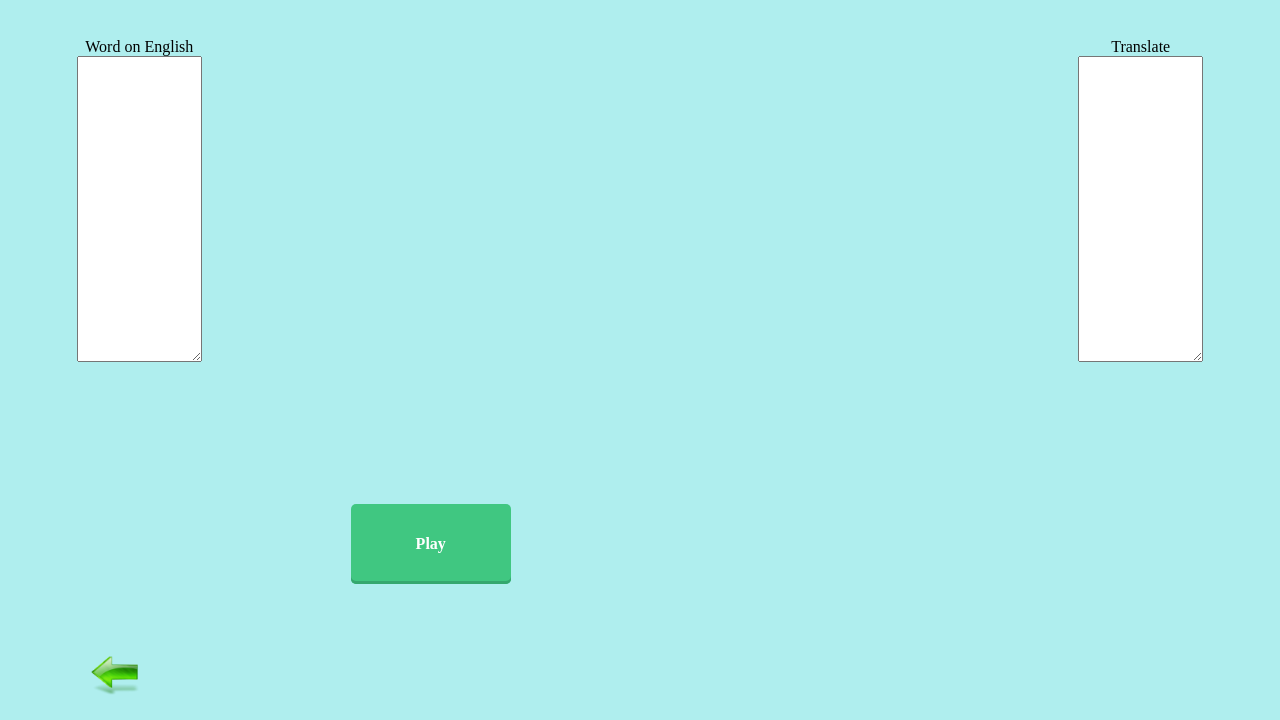
Repository: Artem-Brunov/msu_prac
Page: workspace/BasicUI/FastPlay.html
The author's editor kept a copy of each file at every save. The page is drawn from the files as they stood at one save, then again after the next save.
The browser window is 1280 px wide. The pictures show the whole page.
Some web libraries are served in a nearby version.

Above is the page before, as saved 2017-11-20 17:40:13.

After the next save:
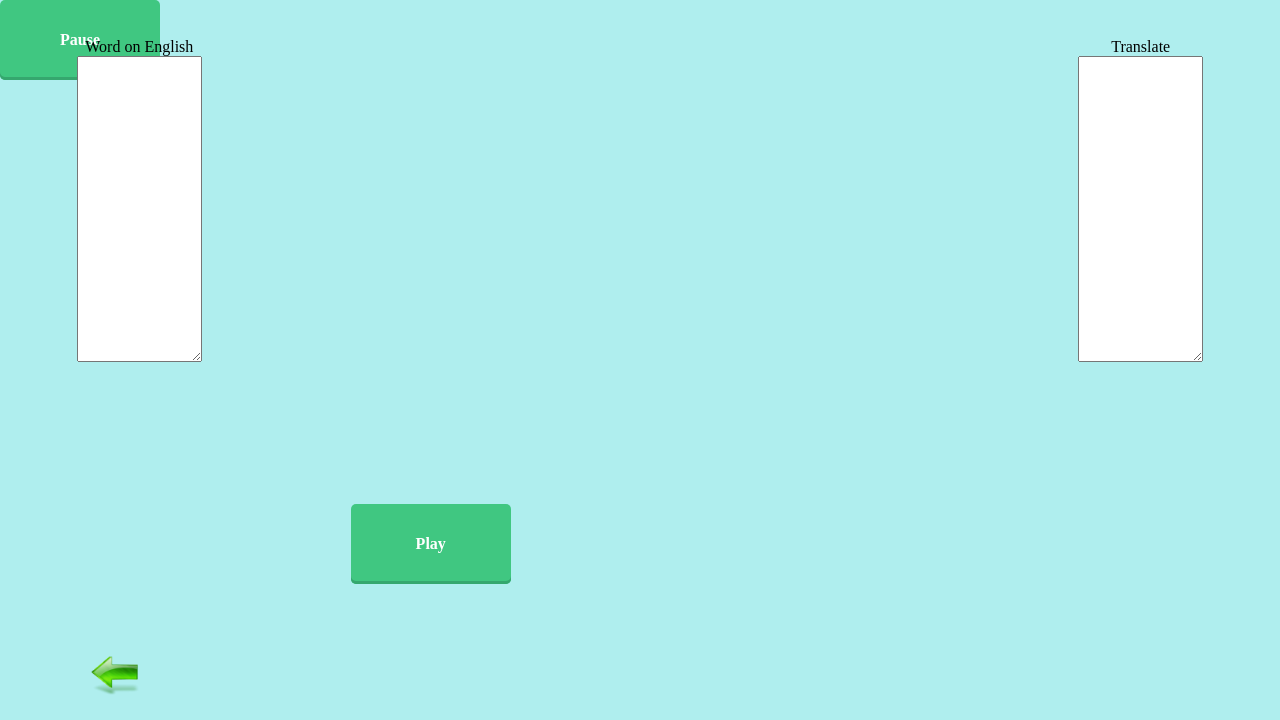
Saved 6 h 14 min later.
--- a/workspace/BasicUI/FastPlay.html
+++ b/workspace/BasicUI/FastPlay.html
@@ -31,6 +31,9 @@
 	<div class = "FP">
 		<a href = "#" onClick = "Play()" class = "first_button">Play</a>
 	</div>
+	<div class = "FP_2">
+		<a href = "#" onClick = "Play(0)" class = "first_button">Pause</a>
+	</div>
 	<div class = "BBack">
 			<a href = "index.html"><img src="images/Back.png" width="50"
   height="50" alt="One step back"></a>
